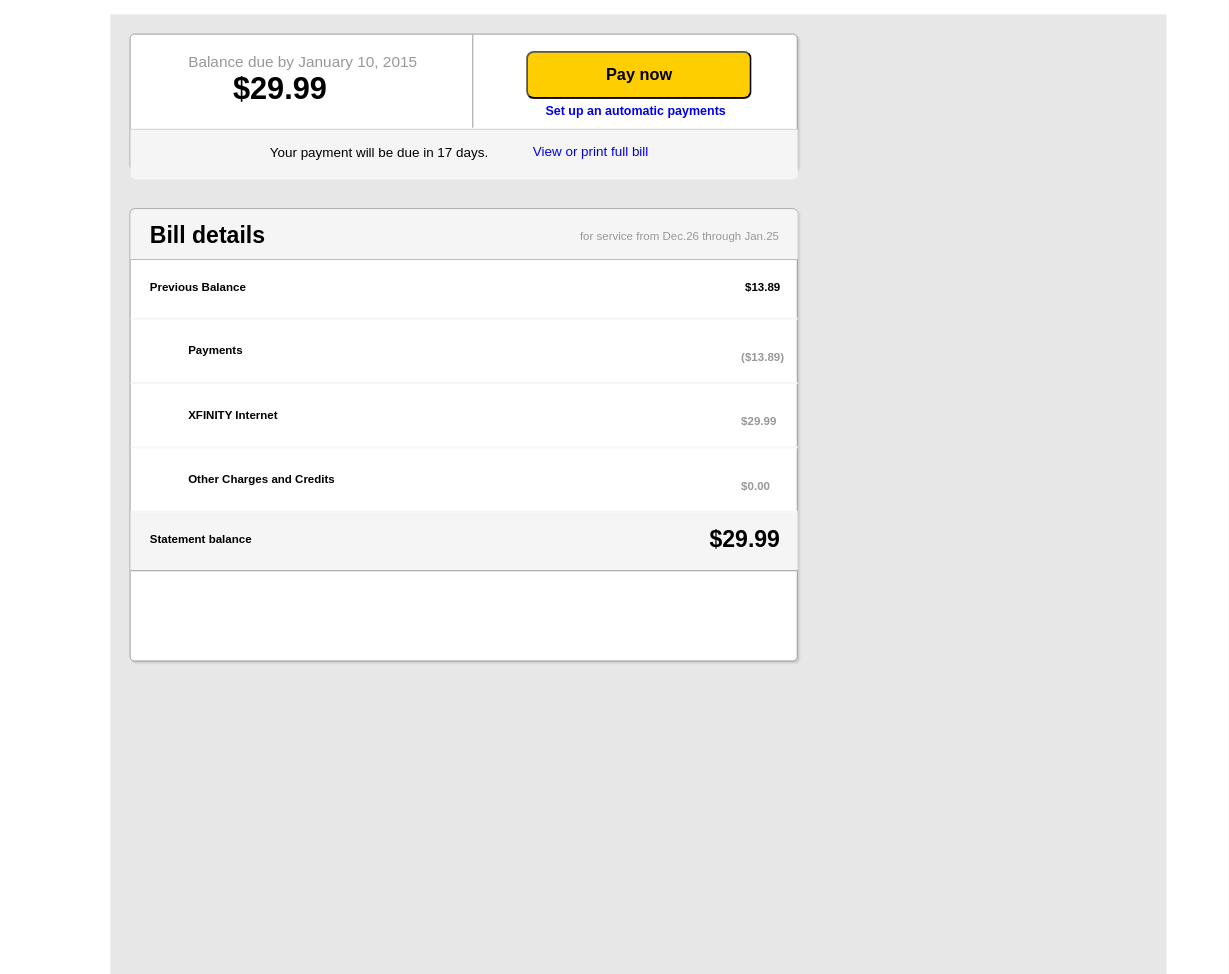
Repository: Sakivaday/UI-TSQ
Page: Aptana Studio 3 Workspace/tsq/assignment3/comcast2.html
The author's editor kept a copy of each file at every save. The page is drawn from the files as they stood at one save, then again after the next save.
The browser window is 1280 px wide. The pictures show the whole page, at 96% of full size.
Pictures or frames that could not be fetched are drawn as grey boxes.

Above is the page before, as saved 2015-01-21 03:11:48.

After the next save:
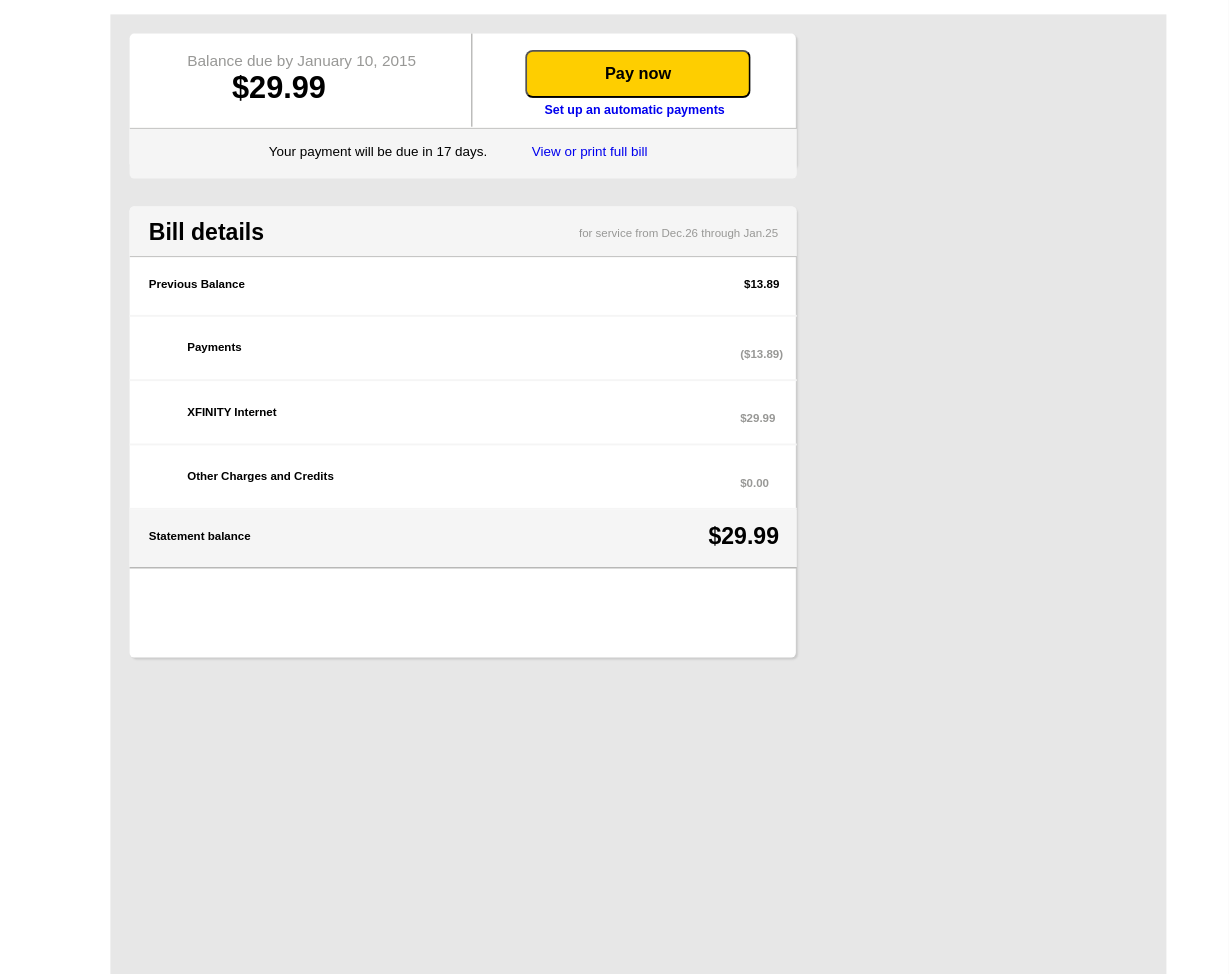
Saved 76 s later.
--- a/Aptana Studio 3 Workspace/tsq/assignment3/comcst2.css
+++ b/Aptana Studio 3 Workspace/tsq/assignment3/comcst2.css
@@ -21,7 +21,6 @@
 	margin-left: 20px;
 	margin-top: 20px;
 	display: inline-block;
-	border: 1px solid #989896;
 }
 .cash{
 	float:left;
@@ -94,7 +93,6 @@ button{
 	margin-left: 20px;
 	margin-top: 40px;
 	display: inline-block;
-	border: 1px solid #989896;
 }
 .billdetails{
     background-color: #F5F5F5;
